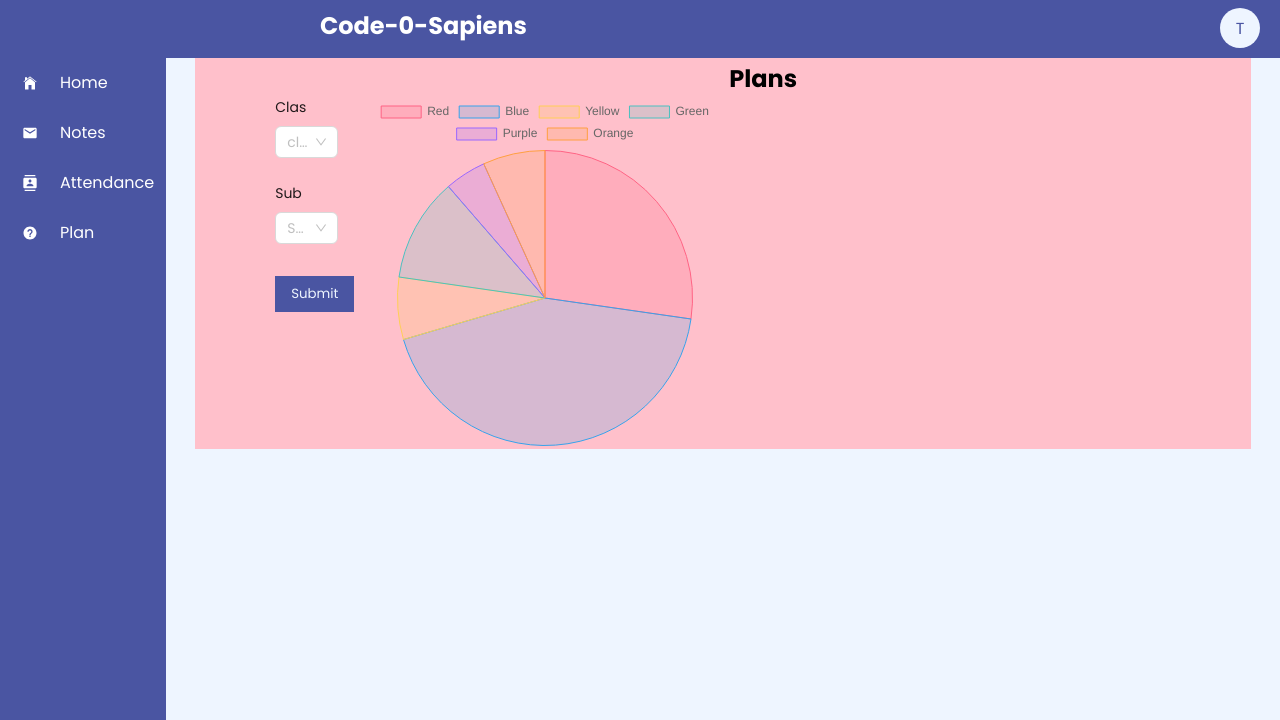
Repository: sinchana-P/code-0-sapiens
Page: /plans (app in client/)
These files come from the project's save history. The page is drawn as it stood at one moment and after the next save; the edit follows.
The browser window is 1280 px wide. The pictures show the whole page.
The project was rebuilt for these pictures with package versions that can differ from the ones it lists, and the page was loaded fresh each time. Also part of the build but not shown: client/src/components/auth/login/FormLayoutLogin.jsx, client/src/components/auth/login/Login.jsx, client/src/components/auth/register/FormLayoutRegister.jsx, client/src/components/auth/register/Register.jsx, client/src/components/homeScene/Home.jsx, client/src/components/notes/Notes.jsx, client/src/components/attendance/Attendance.jsx, client/src/components/profile/Profile.jsx and 5 more.

Above is the page before, as saved 2024-03-01 07:36:49.

After the next save:
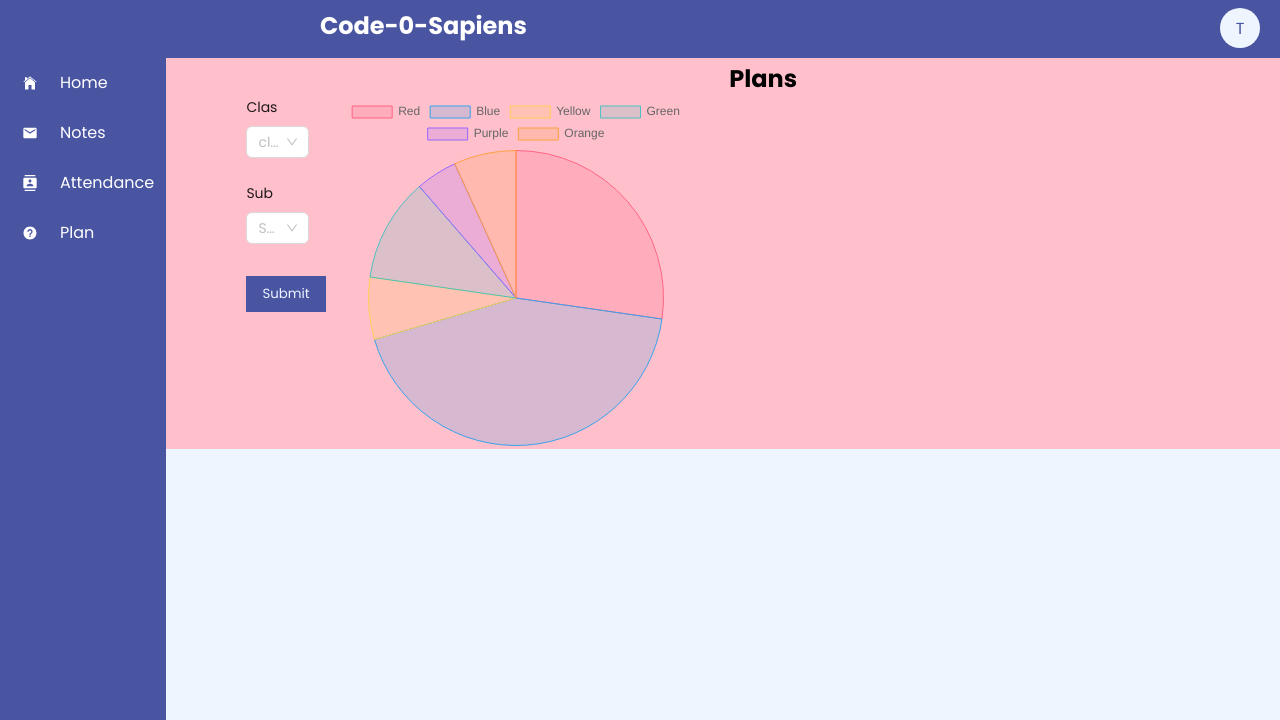
Saved 24 s later.
--- a/client/src/components/plans/Plans.css
+++ b/client/src/components/plans/Plans.css
@@ -1,5 +1,5 @@
 .plans-main{
-    width: 70vw;
+    width: 90vw;
     padding: 0.2rem 5rem;
     background-color: pink;
     /* max-height: 90vh; */
